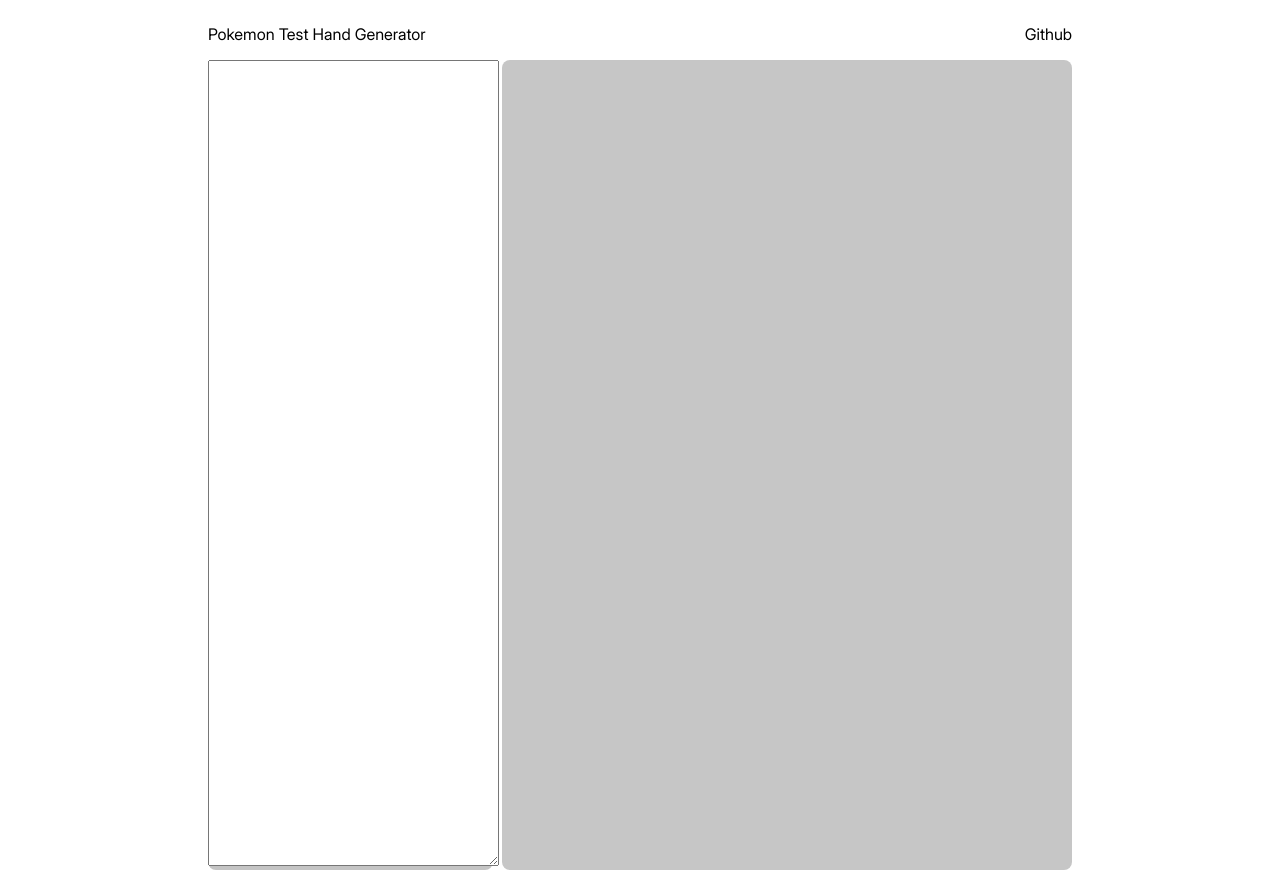
Repository: danielj1415/test-hand-simulator
Page: /
These files come from the project's save history. The page is drawn as it stood at one moment and after the next save; the edit follows.
The browser window is 1280 px wide. The pictures show the whole page.
The project was rebuilt for these pictures with package versions that can differ from the ones it lists, and the page was loaded fresh each time. Also part of the build but not shown: vite.config.ts, src/index.css.

Above is the page before, as saved 2024-10-30 17:51:17.

### src/App.tsx
import { useState } from 'react'
import './App.css'
import { Outlet, Link } from "react-router-dom";

function App() {

  const [deckList, setDeckList] = useState({
    deck: ''
  })

  // Handle input changes
  const handleChange = (e: { target: { name: any; value: any; }; }) => {
    const { name, value } = e.target;
    setDeckList((prevData) => ({
      ...prevData,
      [name]: value
    }));
  };

  // Handle form submission
  const handleSubmit = (e: { preventDefault: () => void; }) => {
    e.preventDefault(); // Prevents the default form submission behavior
    // Process the form data here (e.g., send to an API)
  };

  return (
    <div>
      <div className = "mainContainer">
        <div className = "navigationBar">
          <p>Pokemon Test Hand Generator</p>
          <p>Github</p>
        </div>
        <div className = "mainBody">
          <div className = "inputDeck">
            <form onSubmit = {handleSubmit}>
              <div>
                <label htmlFor="deck"></label>
                <textarea className = "deckInputDiv" id="deck" name="deck" value={deckList.deck} onChange={handleChange}/>
              </div>
            </form>
          </div>
          <div className = "testHands"></div>
        </div>
      </div>
    </div>
  )
}

export default App

### src/App.css

@import "./fonts.css";

.mainContainer{
  margin-left: 200px;
  margin-right: 200px;
}

.navigationBar{
  display: flex;
  align-items: center;
  justify-content: space-between;
  margin-top: 8px;
}

p{
  font-size: 16px;
  font-family: "Inter";
}

.mainBody{
  display: flex;
  justify-content: space-between;
}

.inputDeck{
  width: 33%;
  background-color: rgb(196, 196, 196);
  border-radius: 8px;
}

.testHands{
  width: 66%;
  background-color: rgb(198, 198, 198);
  border-radius: 8px;
}

input{
  width: 100%;
  height: 800px;
}

.deckInputDiv{
  width: 100%;
  height: 800px;
}

### src/fonts.css
@font-face {
    font-family: "Inter";
    src: url("/src/assets/fonts/Inter_28pt-Regular.ttf");
  }

Loaded but not shown: index.html (common file); src/main.tsx (common file)

After the next save:
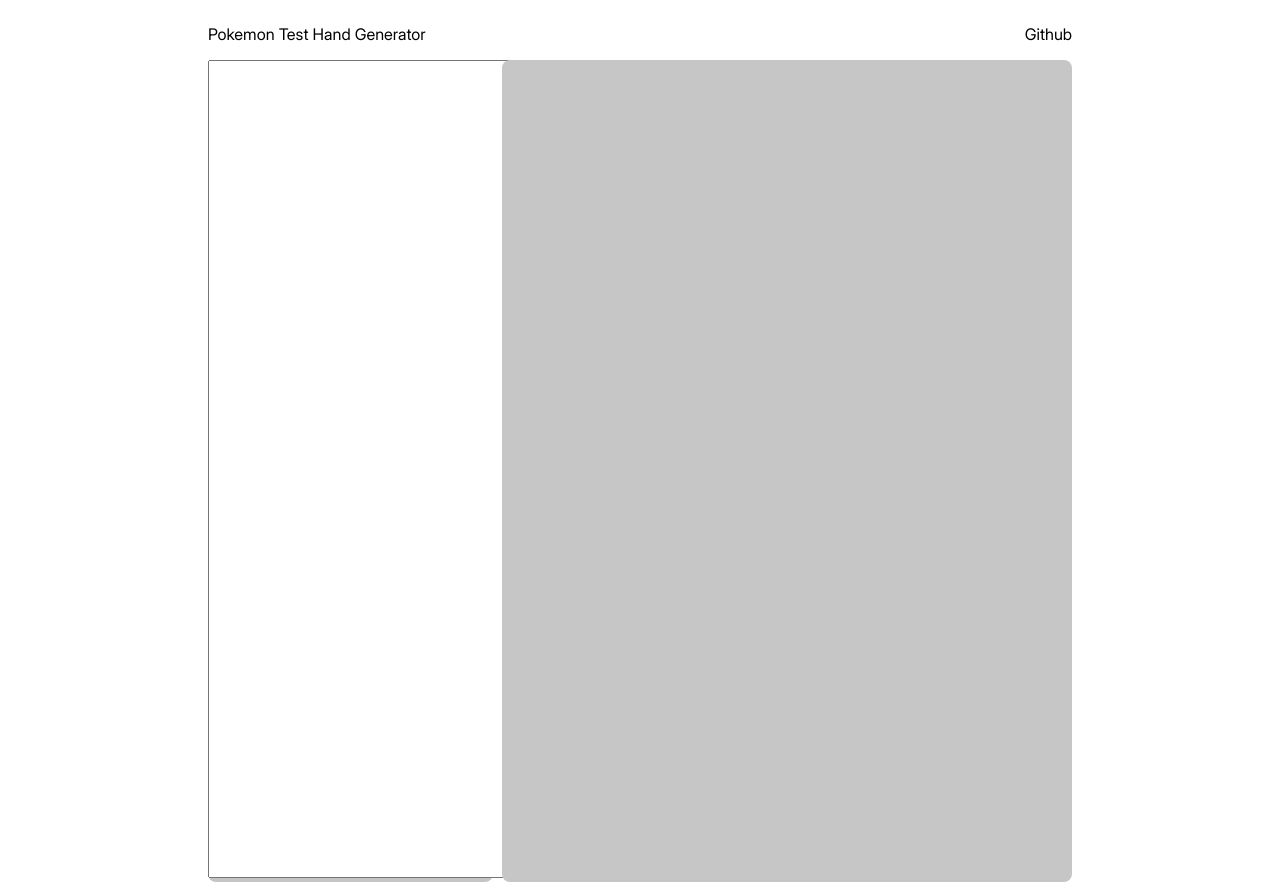
Saved 32 s later.
--- a/src/App.css
+++ b/src/App.css
@@ -43,4 +43,6 @@ input{
 .deckInputDiv{
   width: 100%;
   height: 800px;
+  resize: none;
+  padding: 8px;
 }
